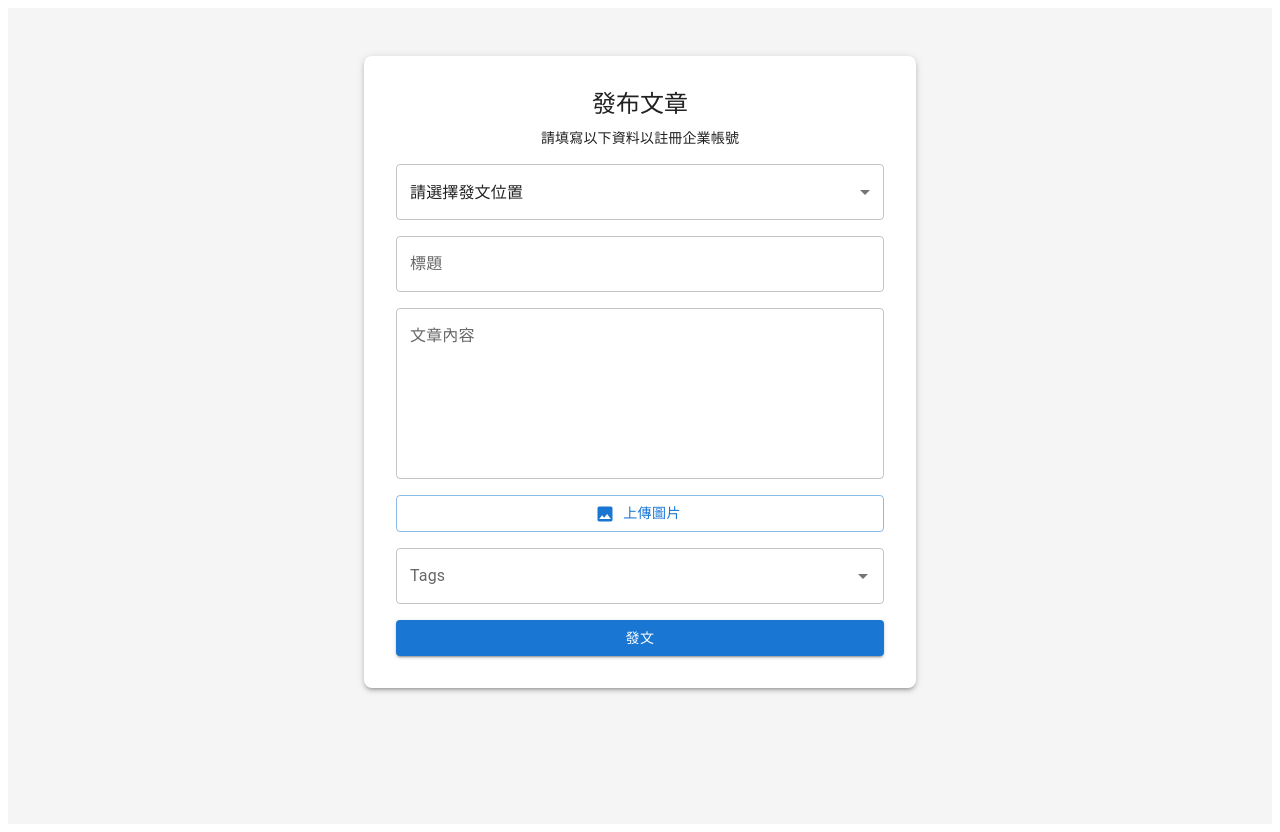
Repository: Angelaliii/SA
Page: /publish (app in next/)
These files come from the project's save history. The page is drawn as it stood at one moment and after the next save; the edit follows.
The browser window is 1280 px wide. The pictures show the whole page.
The project was rebuilt for these pictures with package versions that can differ from the ones it lists, and the page was loaded fresh each time. The framework's server and built-in components were replaced by stand-ins that run in the browser.

Above is the page before, as saved 2025-03-24 19:12:24.

After the next save:
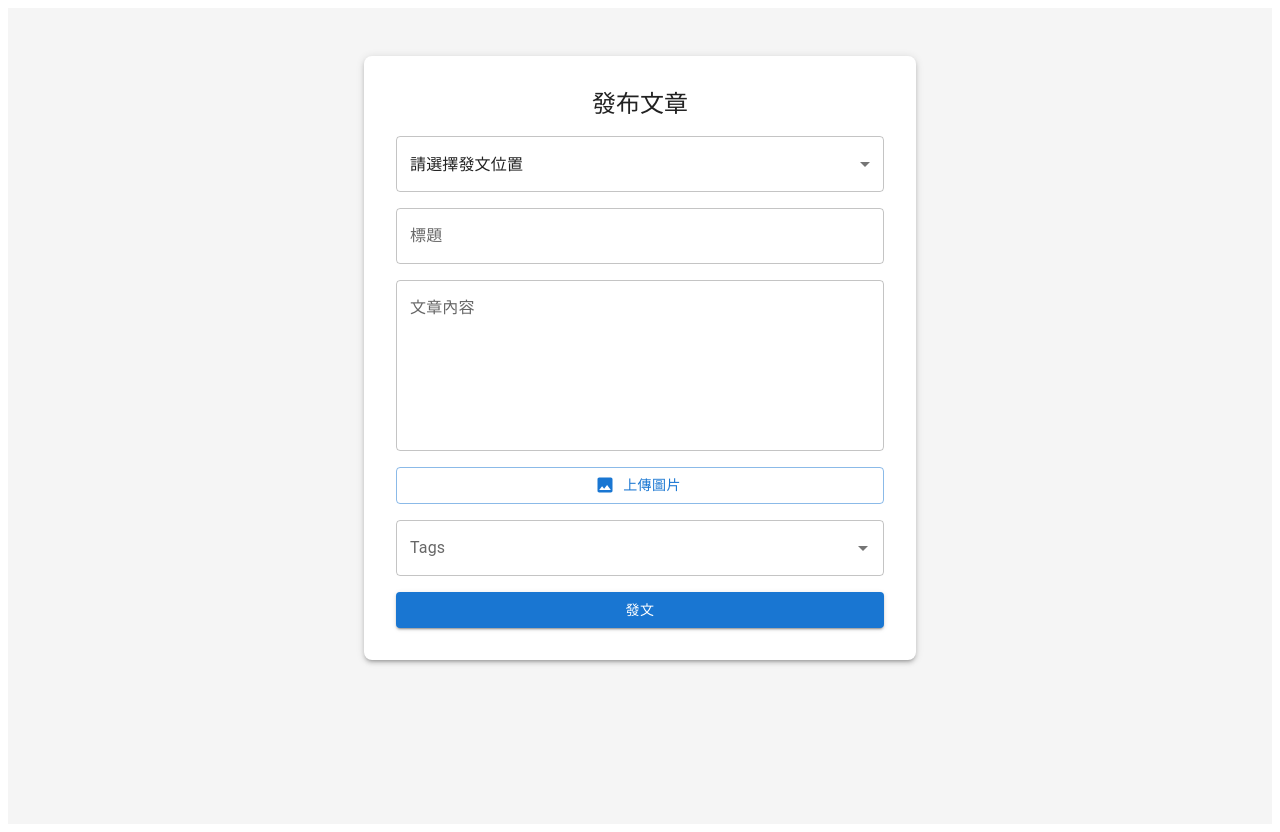
Saved 6 s later.
--- a/next/app/publish/page.tsx
+++ b/next/app/publish/page.tsx
@@ -27,7 +27,7 @@ export default function PublishPage() {
       <Container maxWidth="sm">
         <Paper elevation={3} sx={{ p: 4, borderRadius: 2 }}>
           <Typography variant="h5" align="center" gutterBottom>發布文章</Typography>
-          <Typography variant="body2" align="center" gutterBottom>請填寫以下資料以註冊企業帳號</Typography>
+          <Typography variant="body2" align="center" gutterBottom></Typography>
 
           <Stack spacing={2} mt={2}>
             <Select
